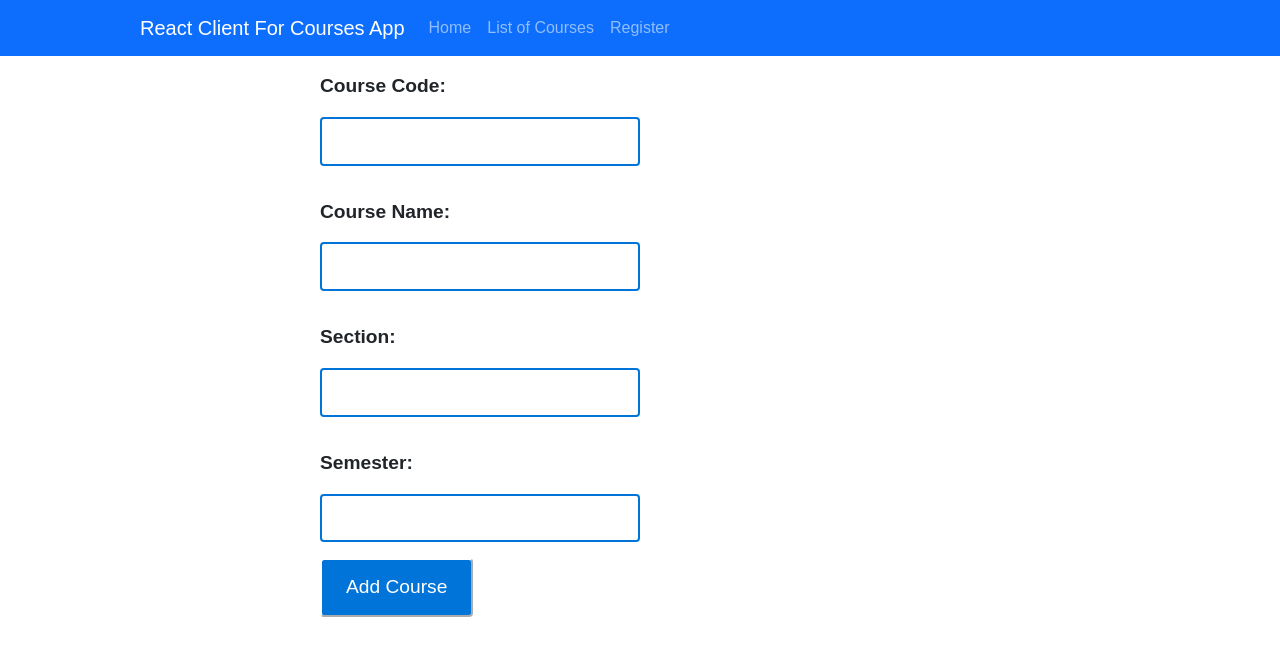
Repository: jmmunoz14/EmergingTech-GroupProject
Page: /register (app in frontend/)
The author's editor kept a copy of each file at every save. The page is drawn from the files as they stood at one save, then again after the next save.
The browser window is 1280 px wide. The pictures show the whole page.
The project was rebuilt for these pictures with package versions that can differ from the ones it lists, and the page was loaded fresh each time. Also part of the build but not shown: frontend/src/components/Home.js, frontend/src/components/CourseList.js, frontend/src/components/NewCourseForm.js, frontend/src/components/EditCourse.js.

Above is the page before, as saved 2023-04-19 00:21:48.

### frontend/src/App.js
import React from 'react'
import {
  BrowserRouter as Router,
  Route,
  Link,
  Redirect,
  Routes,
} from 'react-router-dom'
//
// This app requires react-bootstrap and bootstrap installed:
//    npm install react-bootstrap bootstrap
//
import 'bootstrap/dist/css/bootstrap.min.css'
import Navbar from 'react-bootstrap/Navbar'
import Nav from 'react-bootstrap/Nav'
import Container from 'react-bootstrap/Container'
import './App.css'

import { ApolloProvider } from '@apollo/client'
import client from './apollo/client'

import Home from './components/Home'
import CourseList from './components/CourseList'
import NewCourseForm from './components/NewCourseForm'
import EditCourse from './components/EditCourse'
import Register from './components/Register'
//
function App() {
  return (
    <ApolloProvider client={client}>
      <Router>
        <Navbar bg="primary" variant="dark" expand="lg">
          <Container>
            <Navbar.Brand href="#home">
              React Client For Courses App
            </Navbar.Brand>
            <Navbar.Toggle aria-controls="basic-navbar-nav" />
            <Navbar.Collapse id="basic-navbar-nav">
              <Nav className="mr-auto">
                <Nav.Link as={Link} to="/home">
                  Home
                </Nav.Link>
                <Nav.Link as={Link} to="/courseslist">
                  List of Courses
                </Nav.Link>
                <Nav.Link as={Link} to="/register">
                  Register
                </Nav.Link>
              </Nav>
            </Navbar.Collapse>
          </Container>
        </Navbar>

        <div>
          <Routes>
            <Route index element={<Home />} />
            <Route path="home" element={<Home />} />
            <Route path="register" element={<Register />} />
            <Route path="courseslist" element={<CourseList />} />
            <Route path="course/:id" element={<EditCourse />} />
            <Route path="addcourse" element={<NewCourseForm />} />
          </Routes>
        </div>
      </Router>
    </ApolloProvider>
  )
}
//<Route render ={()=> < App />} path="/" />
export default App

### frontend/src/App.css
.App {
  text-align: center;
}

.App-logo {
  height: 40vmin;
  pointer-events: none;
}

@media (prefers-reduced-motion: no-preference) {
  .App-logo {
    animation: App-logo-spin infinite 20s linear;
  }
}

.App-header {
  background-color: #282c34;
  min-height: 100vh;
  display: flex;
  flex-direction: column;
  align-items: center;
  justify-content: center;
  font-size: calc(10px + 2vmin);
  color: white;
}

.App-link {
  color: #61dafb;
}

@keyframes App-logo-spin {
  from {
    transform: rotate(0deg);
  }
  to {
    transform: rotate(360deg);
  }
}

.container {
  margin: 0 auto;
  width: 80%;
  text-align: center;
  font-family: Arial, sans-serif;
}

.heading {
  font-size: 2rem;
  margin-bottom: 1rem;
}

.add-btn {
  margin-bottom: 2rem;
}

.search {
  display: inline-block;
  padding: 0.8rem 1.5rem;
  background-color: #0074D9;
  color: #fff;
  text-decoration: none;
  border-radius: 4px;
}

.search:hover {
  background-color: #0059B3;
  color: #fff;

}

.course-list {
  list-style-type: none;
  padding: 0;
  margin: 0;
}

.course-item {
  margin-bottom: 1rem;
  font-size: 1.2rem;
}

.link {
  color: #0074D9;
  text-decoration: none;
}

.link:hover {
  text-decoration: underline;
}

.add-form {
  display: flex;
  flex-direction: column;
  align-items: center;
  justify-content: center;
  width: 50%;
  margin: 0 auto;
  font-family: Arial, sans-serif;
  align-items: flex-start;
}


.form-label {
  margin: 1rem 0;
  font-size: 1.2rem;
  font-weight: bold;
}

.input-container{
  width: 50%;
}

.form-input {
  width: 100%;
  padding: 0.5rem;
  margin-bottom: 1rem;
  font-size: 1.2rem;
  border: 2px solid #0074D9;
  border-radius: 4px;
}

.form-input:focus {
  outline: none;
  border-color: #000000;
}

.form-button {
  display: inline-block;
  padding: 0.8rem 1.5rem;
  background-color: #0074D9;
  color: #fff;
  font-size: 1.2rem;
  text-align: center;
  text-decoration: none;
  border-radius: 4px;
  cursor: pointer;
  border-color: #ffffff;

}

.form-button:hover {
  background-color: #0059B3;
}

.delete-button {
  display: inline-block;
  padding: 0.8rem 1.5rem;
  background-color: #d93300;
  color: #fff;
  font-size: 1.2rem;
  text-align: center;
  text-decoration: none;
  border-radius: 4px;
  cursor: pointer;
  border-color: #ffffff;

}

.delete-button:hover {
  background-color: #a72701;
}

.form-error {
  color: red;
  margin-top: 1rem;
  font-size: 1.2rem;
}

### frontend/src/apollo/client.js
import { ApolloClient, InMemoryCache } from '@apollo/client'

const client = new ApolloClient({
  uri: 'http://localhost:5000/courses',
  cache: new InMemoryCache(),
})

export default client

### frontend/src/components/Register.js
import React, { useState } from 'react'
import { useMutation } from '@apollo/client'
import { useNavigate } from 'react-router-dom'

import { ADD_COURSE, GET_COURSES } from '../queries/queries'

const Register = () => {
  const history = useNavigate()

  const [courseCode, setCourseCode] = useState('')
  const [courseName, setCourseName] = useState('')
  const [section, setSection] = useState('')
  const [semester, setSemester] = useState('')

  const [addCourse, { loading, error }] = useMutation(ADD_COURSE, {
    onCompleted() {
      history('/courseslist')
    },
  })

  const handleSubmit = (event) => {
    event.preventDefault()
    addCourse({
      variables: {
        courseCode,
        courseName,
        section,
        semester,
      },
    })
    setCourseCode('')
    setCourseName('')
    setSection('')
    setSemester('')
  }

  return (
    <form className="add-form" onSubmit={handleSubmit}>
      <div className="input-container">
        <label className="form-label" htmlFor="courseCode">
          Course Code:
        </label>
        <input
          className="form-input"
          type="text"
          id="courseCode"
          value={courseCode}
          onChange={(e) => setCourseCode(e.target.value)}
        />
      </div>
      <div className="input-container">
        <label className="form-label" htmlFor="courseName">
          Course Name:
        </label>
        <input
          className="form-input"
          type="text"
          id="courseName"
          value={courseName}
          onChange={(e) => setCourseName(e.target.value)}
        />
      </div>
      <div className="input-container">
        <label className="form-label" htmlFor="section">
          Section:
        </label>
        <input
          className="form-input"
          type="text"
          id="section"
          value={section}
          onChange={(e) => setSection(e.target.value)}
        />
      </div>
      <div className="input-container">
        <label className="form-label" htmlFor="semester">
          Semester:
        </label>
        <input
          className="form-input"
          type="text"
          id="semester"
          value={semester}
          onChange={(e) => setSemester(e.target.value)}
        />
      </div>
      <button className="form-button" type="submit" disabled={loading}>
        Add Course
      </button>
      {error && <p>Error adding course: {error.message}</p>}
    </form>
  )
}

export default Register

### frontend/src/queries/queries.js
import { gql } from '@apollo/client'

export const GET_COURSES = gql`
  query GetCourses {
    courses {
      _id
      courseCode
      courseName
      section
      semester
    }
  }
`
export const DELETE_COURSE = gql`
  mutation($_id: String!) {
    deleteCourse(_id: $_id) {
      _id
      courseCode
      courseName
      section
      semester
    }
  }
`

export const ADD_COURSE = gql`
  mutation AddCourse(
    $courseCode: String!
    $courseName: String!
    $section: String!
    $semester: String!
  ) {
    addCourse(
      courseCode: $courseCode
      courseName: $courseName
      section: $section
      semester: $semester
    ) {
      _id
      courseCode
      courseName
      section
      semester
    }
  }
`

export const GET_COURSE = gql`
  query GetCourse($_id: String!) {
    course(_id: $_id) {
      _id
      courseCode
      courseName
      section
      semester
    }
  }
`

export const EDIT_COURSE = gql`
  mutation EditCourse(
    $_id: String!
    $courseCode: String!
    $courseName: String!
    $section: String!
    $semester: String!
  ) {
    editCourse(
      _id: $_id
      courseCode: $courseCode
      courseName: $courseName
      section: $section
      semester: $semester
    ) {
      _id
      courseCode
      courseName
      section
      semester
    }
  }
`

Loaded but not shown: frontend/public/index.html (common file); frontend/src/index.js (common file); frontend/src/index.css (common file); frontend/src/reportWebVitals.js (common file)

After the next save:
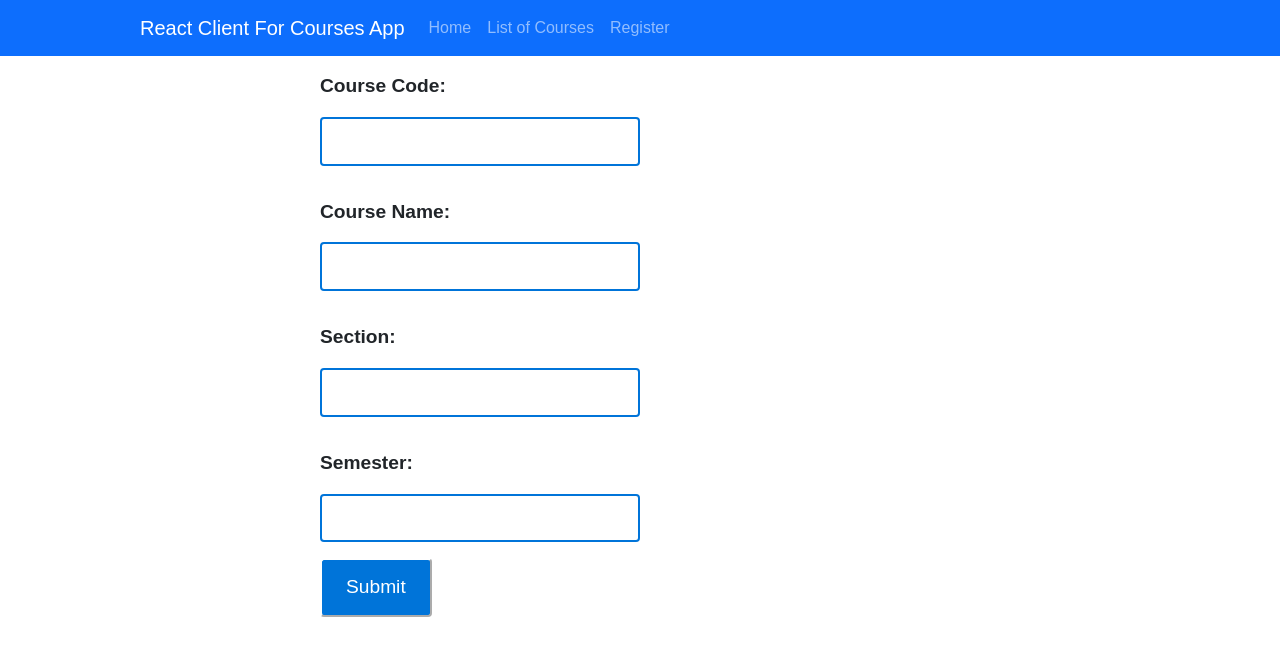
Saved 78 s later.
--- a/frontend/src/components/Register.js
+++ b/frontend/src/components/Register.js
@@ -85,7 +85,7 @@ const Register = () => {
         />
       </div>
       <button className="form-button" type="submit" disabled={loading}>
-        Add Course
+        Submit
       </button>
       {error && <p>Error adding course: {error.message}</p>}
     </form>
